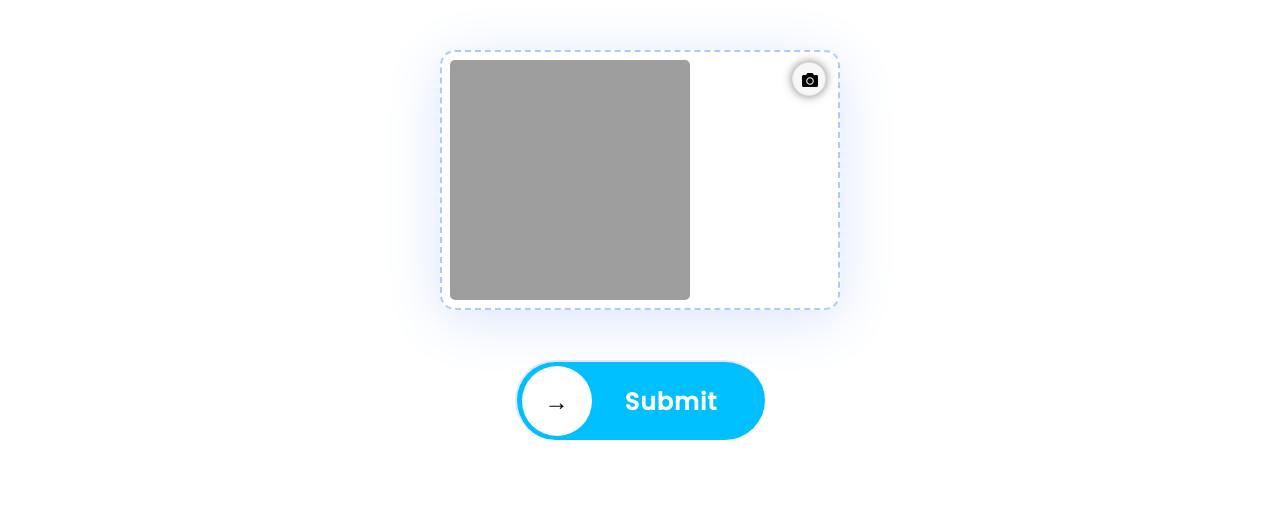
Repository: ThuongDuy/Phan_loai_anh
Page: hcsdlpt/index.html
The author's editor kept a copy of each file at every save. The page is drawn from the files as they stood at one save, then again after the next save.
The browser window is 1280 px wide. The pictures show the whole page.
Pictures or frames that could not be fetched are drawn as grey boxes.

Above is the page before, as saved 2023-06-02 00:36:50.

### hcsdlpt/index.html
<!DOCTYPE html>
<html lang="en">

<head>
    <meta charset="UTF-8">
    <meta http-equiv="X-UA-Compatible" content="IE=edge">
    <meta name="viewport" content="width=device-width, initial-scale=1.0">
    <title>Document</title>
    <link rel="stylesheet" href="https://fonts.googleapis.com/css2?family=Poppins:wght@300;400;500&amp;display=swap">
    <link rel="stylesheet" href="https://unpkg.com/boxicons@2.0.7/css/boxicons.min.css">
    <link rel="stylesheet" href="./main.css">
</head>

<body>
    <div class="avatar-upload">
        <div class="avatar-edit">
            <input type="file" id="imageUpload" accept=".png, .jpg, .jpeg" class="txt-file">
            <label for="imageUpload" class="label-upload">
                <i id="camera" class="fas fa-camera"></i>
            </label>
        </div>

        <div class="avatar-preview">
            <div id="imagePreview" style="background-image: url('upload.png');"></div>
        </div>
    </div>

    <button class="btn" id="btnSubmit">Submit<span>&#8594;</span></button>

    <link rel="stylesheet" href="https://cdnjs.cloudflare.com/ajax/libs/font-awesome/5.15.2/css/all.min.css"
        integrity="sha512-HK5fgLBL+xu6dm/Ii3z4xhlSUyZgTT9tuc/hSrtw6uzJOvgRr2a9jyxxT1ely+B+xFAmJKVSTbpM/CuL7qxO8w=="
        crossorigin="anonymous" />

    <script src="https://cdnjs.cloudflare.com/ajax/libs/jquery/3.7.0/jquery.min.js"
        integrity="sha512-3gJwYpMe3QewGELv8k/BX9vcqhryRdzRMxVfq6ngyWXwo03GFEzjsUm8Q7RZcHPHksttq7/GFoxjCVUjkjvPdw=="
        crossorigin="anonymous" referrerpolicy="no-referrer"></script>
    <script src="./scripts.js"></script>
</body>

</html>

### hcsdlpt/main.css
.avatar-upload {
    /* position: relative;
    max-width: 400px;
    margin: 50px auto; */
    position: relative;
    max-width: 400px;
    border-radius: 15px;
    border: 2px dashed rgb(171, 202, 255);
    margin: 50px auto;
    box-shadow: 0 10px 60px rgb(218, 229, 255);
}

.avatar-edit {
    position: absolute;
    right: 12px;
    top: 10px;
    z-index: 1;
}

#camera {
    position: absolute;
    top: 10px;
    left: 10px;
}

.txt-file {
    display: none;
}

.label-upload {
    display: inline-block;
    width: 34px;
    height: 34px;
    background: #f7f7f7;
    margin-bottom: 0;
    border-radius: 100%;
    border: 1px solid #e5e5e5;
    box-shadow: 0 0 10px rgba(0, 0, 0, 0.5);
    cursor: pointer;
    transition: .3s ease;
}

.label-upload:hover {
    background: #e5e5e5;
}

.avatar-preview {
    width: 256px;
    height: 256px;
    position: relative;
    border-radius: 5px;
    padding: 8px;
    /* border: 1px solid #e5e5e5; */
}

.avatar-preview>div {
    width: 100%;
    height: 100%;
    border-radius: 5px;
    background-size: cover;
    background-repeat: no-repeat;
    background-position: center;
}

* {
    margin: 0;
    padding: 0;
    box-sizing: border-box;
    font-family: Poppins;
}

button {
    border: none;
    outline: none;
}

.btn {
    position: relative;
    width: 250px;
    height: 80px;
    display: grid;
    place-items: center;
    background: #00bfff;
    color: #fff;
    border-radius: 80px;
    font-size: 1.5rem;
    font-weight: 700;
    letter-spacing: 1px;
    text-decoration: none;
    border-top: 2px solid #e6e6fa;
    border-left: 2px solid #e6e6fa;
    padding-left: 60px;
    overflow: hidden;
    transition: 0.5s ease-in-out;
    margin: auto;
    cursor: pointer;
}

.btn:hover {
    padding-left: 0;
    padding-right: 60px;
    color: #fff;
}

.btn span {
    position: absolute;
    display: grid;
    place-items: center;
    left: 5px;
    width: 70px;
    height: 70px;
    background: #fff;
    color: #000;
    border-radius: 50%;
    font-size: 1.5rem;
    font-weight: 900;
    transition: 0.5s cubic-bezier(0.4, 0, 1, 1);
}

.btn:hover span {
    left: calc(100% - 76px);
}

.btn::after {
    position: absolute;
    content: "";
    width: 80px;
    height: 100%;
    z-index: 1;
    background: rgba(255, 255, 255, 0.5);
    transform: translateX(-175px) skew(25deg);
    transition: 0.75s ease-in-out;
}

.btn:hover::after {
    transform: translateX(175px) skew(25deg);
}

### hcsdlpt/scripts.js
function readURL(input) {
    if (input.files && input.files[0]) {
        var reader = new FileReader();
        reader.onload = function (e) {
            $('#imagePreview').css('background-image', 'url(' + e.target.result + ')');
            $('#imagePreview').hide();
            $('#imagePreview').fadeIn(650);
        }
        reader.readAsDataURL(input.files[0]);
    }
}

$(document).ready(function () {
    $("#imageUpload").change(function () {
        readURL(this);
    });
    $('#btnSubmit').on('click', function () {

    });

});

After the next save:
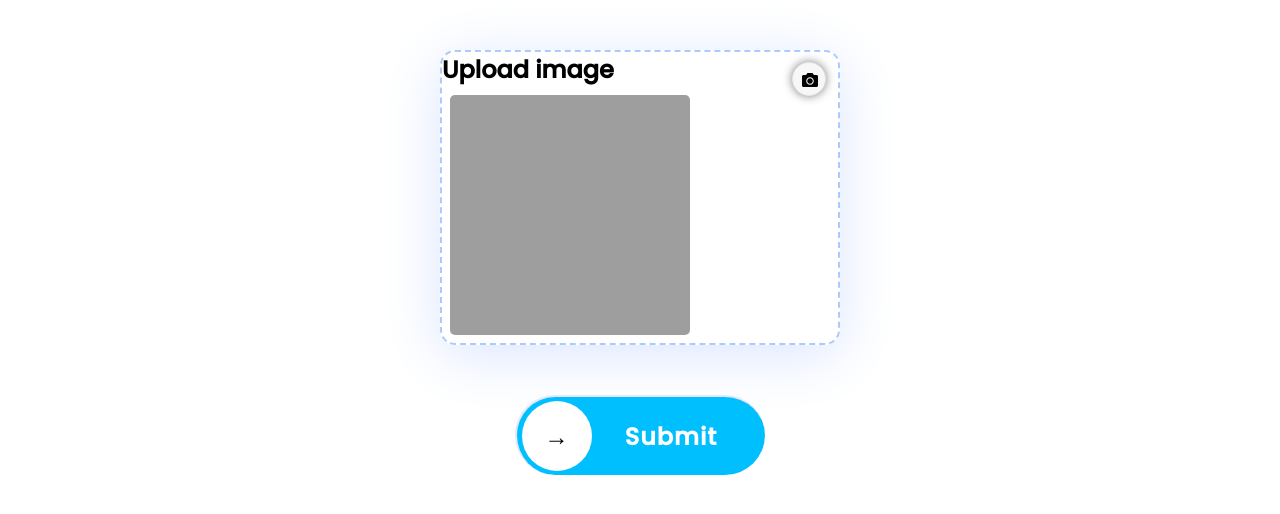
Saved 39 s later.
--- a/hcsdlpt/index.html
+++ b/hcsdlpt/index.html
@@ -12,7 +12,9 @@
 </head>
 
 <body>
+
     <div class="avatar-upload">
+        <h2>Upload image</h2>
         <div class="avatar-edit">
             <input type="file" id="imageUpload" accept=".png, .jpg, .jpeg" class="txt-file">
             <label for="imageUpload" class="label-upload">
